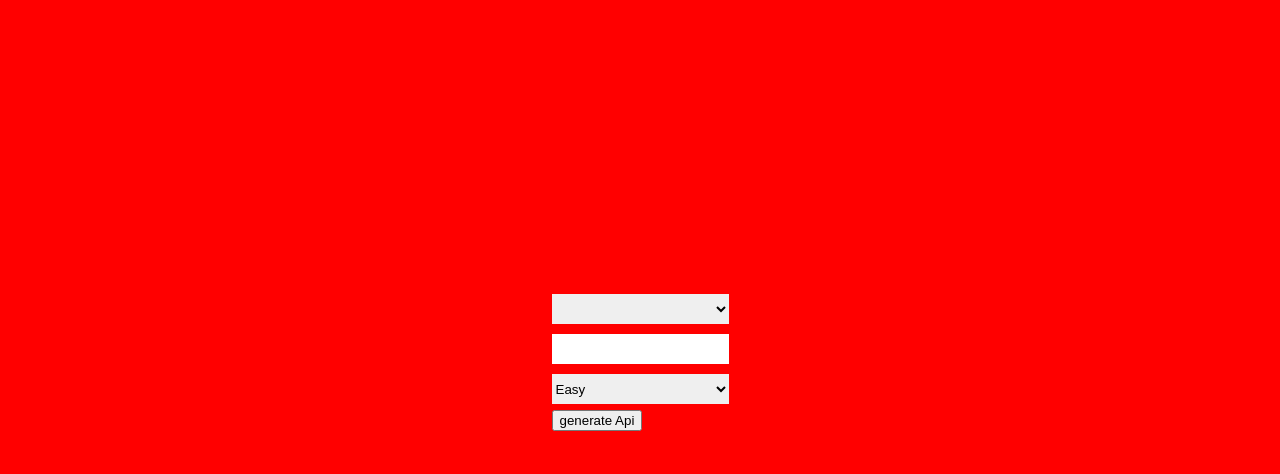
Repository: ranausama48/quiz-App
Page: /
An editor plug-in stored every save of this project. The page is shown before and after the next save, followed by the edit.
The browser window is 1280 px wide. The pictures show the whole page.
The page's requests for data from a server got no answer. The project was rebuilt for these pictures with package versions that can differ from the ones it lists, and the page was loaded fresh each time. No one was signed in, and anything a server would have sent is missing. Also part of the build but not shown: src/components/QuestionCard.tsx, src/components/ScorePage.tsx, src/components/QuizDash.tsx.

Above is the page before, as saved 2020-07-26 14:28:42.

### src/App.tsx
import React from "react";
import { getApiData, getCatories } from "./api/api";
import { SingleQuestion } from "./Types/quiz_types";
import Main from "./components/QuizDash";
import styled from "styled-components";
const Container = styled.div`
  background: red;
  height: 100vh;
  display: flex;
  justify-content: center;
  align-items: center;
  flex-direction: column;
  .inner--wraper {
    max-width: 500px;
    select,
    input {
      width: 100% !important;
      border: 0px;
      padding: 0px;
      height: 30px;
      margin: 5px 0px;
    }
  }
`;

function App() {
  const [quiz, setQuiz] = React.useState<SingleQuestion[]>([]);
  let [catagories, setCatagories] = React.useState<object[]>();
  let [apiParams, setapiParams] = React.useState<{
    questionLength: string;
    level: string;
    catagory: string;
  }>({
    questionLength: "1",
    level: "easy",
    catagory: "9",
  });
  const generateApi = () => {
    const { questionLength, level, catagory } = apiParams;
    console.log("questionLength", questionLength);
    console.log("level", level);
    console.log("catagory", catagory);

    async function fetchData() {
      const questions: SingleQuestion[] = await getApiData(
        catagory,
        questionLength,
        level
      );
      console.log(questions);
      setQuiz(questions);
    }
    fetchData();
  };
  React.useEffect(() => {
    async function fetchCatory() {
      const catories: SingleQuestion[] = await getCatories();

      setCatagories(catories);
    }
    fetchCatory();
  }, []);
  const changeHandler = (e: any) => {
    const value = e.target.value;
    const name = e.target.name;
    setapiParams((prev) => {
      return {
        ...prev,
        [name]: value,
      };
    });
  };
  return (
    <Container className="app">
      {quiz[0] ? (
        <Main question={quiz} />
      ) : (
        <div className="inner--wraper">
          <select onChange={changeHandler} name="catagory">
            {catagories
              ? catagories.map((data: any, index: number) => (
                  <option value={data.id}>
                    {console.log(data)}
                    {data.name}
                  </option>
                ))
              : []}
          </select>
          <div>
            <input
              type="number"
              name="questionLength"
              id=""
              onChange={changeHandler}
            />
          </div>
          <select onChange={changeHandler} name="level">
            <option value="easy">Easy</option>
            <option value="medium">Medium</option>
            <option value="hard">Hard</option>
          </select>
          <button onClick={generateApi}> generate Api</button>
        </div>
      )}
    </Container>
  );
}

export default App;

### src/api/api.ts
import { OverallQuiz, SingleQuestion } from "../Types/quiz_types";
export const shuffleArray = (array: any[]) => {
  [...array].sort(() => Math.random() - 0.5);
};

export const getApiData = async (
  catagory: string,
  questionLength: string,
  level: string
): Promise<SingleQuestion[]> => {
  console.log("questionLength", questionLength);
  console.log("catagory", catagory);

  console.log("level", level);

  const res = await fetch(
    `https://opentdb.com/api.php?amount=${questionLength}&category=${catagory}&difficulty=${level}`
  );
  console.log(res);
  let { results } = await res.json();
  console.log(results);
  const quiz: SingleQuestion[] = results.map((questionObj: OverallQuiz) => {
    return {
      question: questionObj.question,
      answer: questionObj.correct_answer,
      option: questionObj.incorrect_answers.concat(questionObj.correct_answer),
    };
  });
  return quiz;
};

export const getCatories = async () => {
  const res = await fetch(`https://opentdb.com/api_category.php`);
  const { trivia_categories } = await res.json();
  return trivia_categories;
};

Loaded but not shown: public/index.html (common file); src/index.tsx (common file); src/index.css (common file); src/serviceWorker.ts (common file)

After the next save:
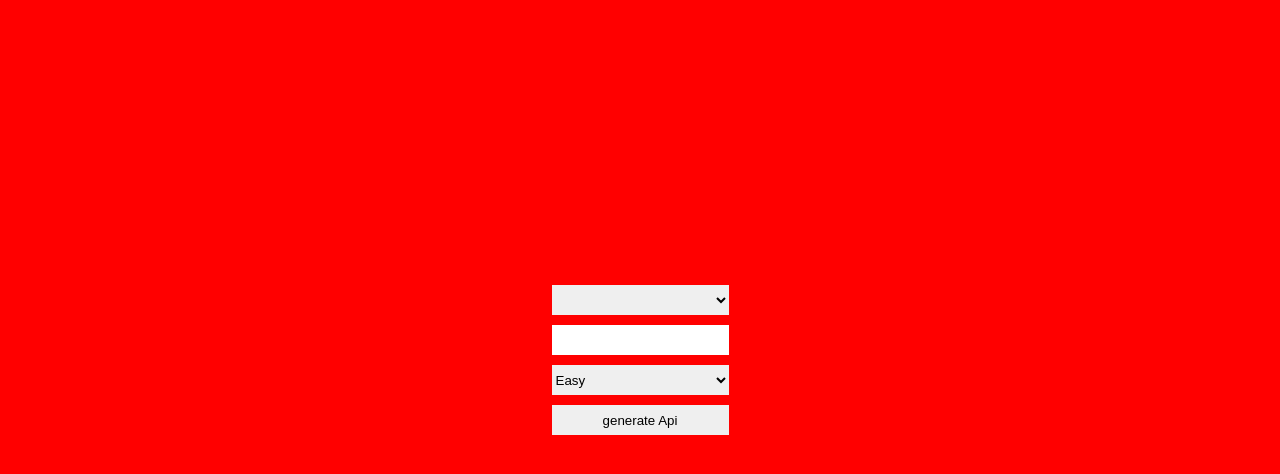
Saved 27 min 22 s later.
--- a/src/App.tsx
+++ b/src/App.tsx
@@ -13,7 +13,8 @@ const Container = styled.div`
   .inner--wraper {
     max-width: 500px;
     select,
-    input {
+    input,
+    button {
       width: 100% !important;
       border: 0px;
       padding: 0px;
